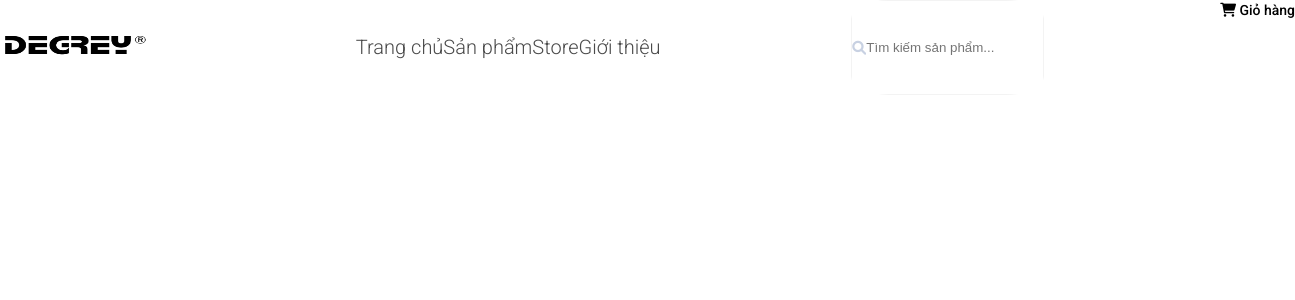
Repository: hieu-dev-1/degrey1
Page: index.html
The author's editor kept a copy of each file at every save. The page is drawn from the files as they stood at one save, then again after the next save.
The browser window is 1280 px wide. The page is 1295 px wide, so the pictures cover 1295 px, including what lies to the right of the window. The pictures show the whole page.

Above is the page before, as saved 2022-08-12 15:09:29.

After the next save:
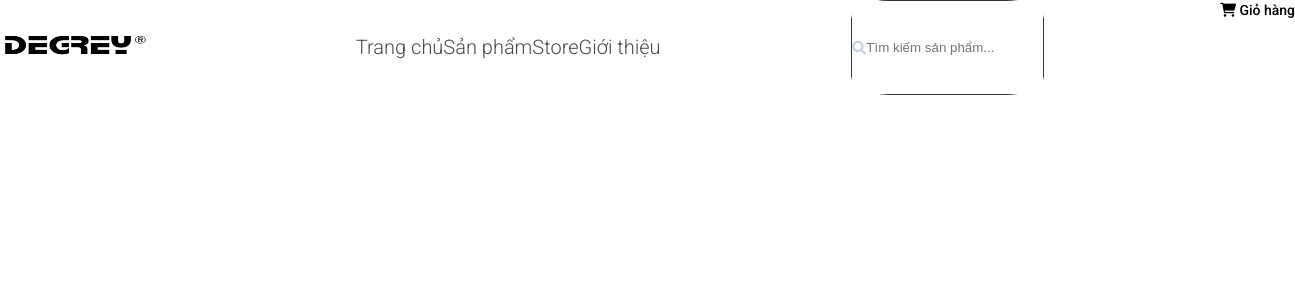
Saved 11 s later.
--- a/assets/css/main.css
+++ b/assets/css/main.css
@@ -51,7 +51,7 @@
 }
 
 .header__container-search {
-    border: 1px solid #f3f3f3;
+    border: 1px solid #333;
     border-radius: 20%;
     display: flex;
 }

After the save that followed:
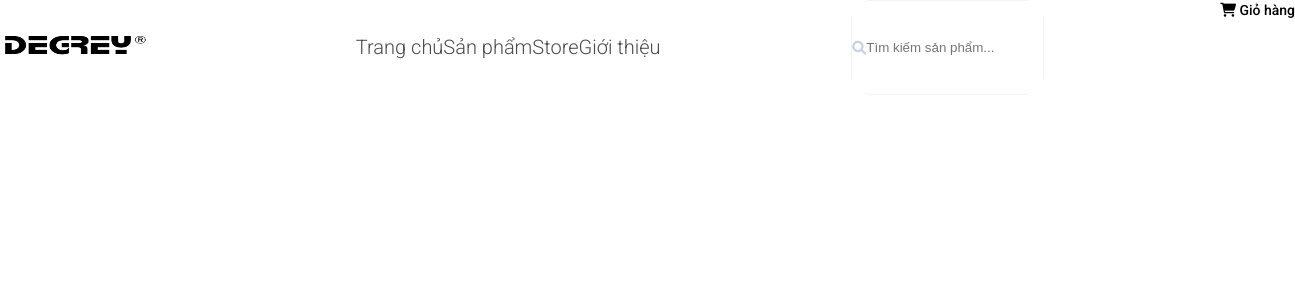
Saved 9 s later.
--- a/assets/css/main.css
+++ b/assets/css/main.css
@@ -51,8 +51,8 @@
 }
 
 .header__container-search {
-    border: 1px solid #333;
-    border-radius: 20%;
+    border: 1px solid #f3f3f3;
+    border-radius: 20px;
     display: flex;
 }
 
